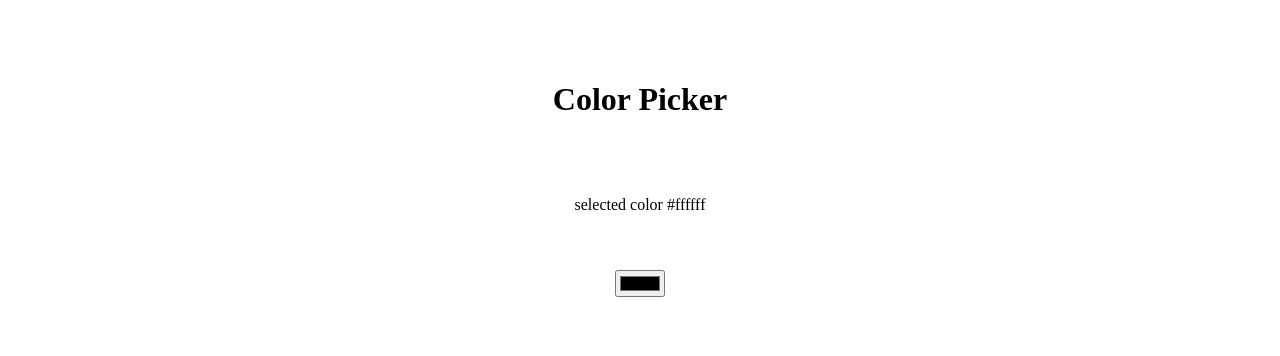
Repository: wakoya-tech/color-picker
Page: /
These files come from the project's save history. The page is drawn as it stood at one moment and after the next save; the edit follows.
The browser window is 1280 px wide. The pictures show the whole page.
The project was rebuilt for these pictures with package versions that can differ from the ones it lists, and the page was loaded fresh each time. Also part of the build but not shown: vite.config.js, src/index.css.

Above is the page before, as saved 2025-10-16 20:48:52.

### src/App.jsx
import { useState } from 'react'
import reactLogo from './assets/react.svg'
import './App.css'
import ColorPicker from './ColorPicker'

function App() {
return(<>

<ColorPicker/>
</>)
}

export default App

### src/App.css
body{
  background-color: white;
  color: black;
}
.color-picker-container{
  display: flex;
flex-direction: column;
align-items: center;
  padding: 50px;
  margin: 10px;
}
.color-display{
  padding: 30px 20px;
  border: none;
  border-radius: 25px;
  margin: 10px;
}

### src/ColorPicker.jsx
import React, { useState } from 'react'

function ColorPicker() {
  const [color,setColor]=useState("#ffffff");
function handleColorChange(e)
{
  setColor(e.target.value);
}
  return (
    <div className='color-picker-container'>
<h1>Color Picker</h1>
<div className='color-display' style={{backgroundColor :color}}>
  <p>selected color {color}</p>
</div>
    <div>
      <label Select a color></label>
      <input type="color" onChange={handleColorChange}/>
    </div>
    </div>
  )
}

export default ColorPicker

Loaded but not shown: index.html (common file); src/main.jsx (common file)

After the next save:
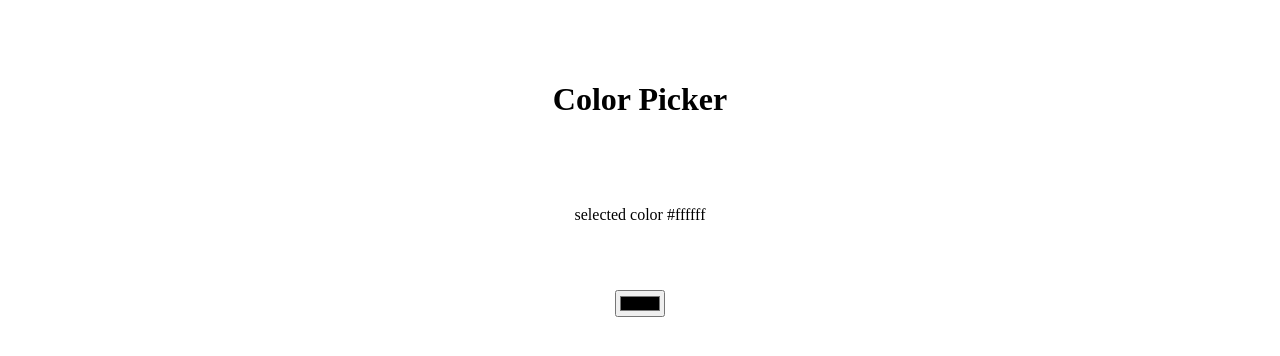
Saved 9 s later.
--- a/src/App.css
+++ b/src/App.css
@@ -13,5 +13,5 @@ align-items: center;
   padding: 30px 20px;
   border: none;
   border-radius: 25px;
-  margin: 10px;
+  margin: 20px;
 }
